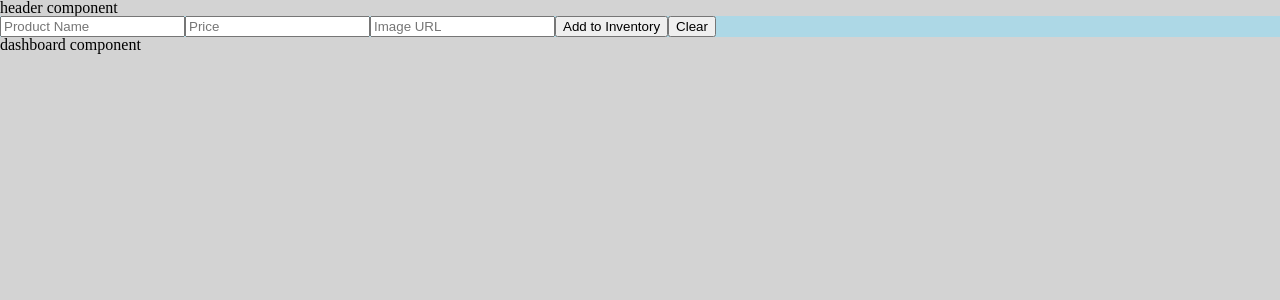
Repository: ooter37/shelfie
Page: /
These files come from the project's save history. The page is drawn as it stood at one moment and after the next save; the edit follows.
The browser window is 1280 px wide. The pictures show the whole page.
The page's requests for data from a server got no answer. The project was rebuilt for these pictures with package versions that can differ from the ones it lists, and the page was loaded fresh each time. No one was signed in, and anything a server would have sent is missing. Also part of the build but not shown: src/Components/Product/Product.js.

Above is the page before, as saved 2020-04-03 17:14:39.

### src/App.js
import React from 'react';
import axios from 'axios';
import './reset.css'
import './App.css';
import Header from './Components/Header/Header'
import Dashboard from './Components/Dashboard/Dashboard'
import Form from './Components/Form/Form'

export default class App extends React.Component {
  constructor() {
    super()
    this.state = {
      inventory: [],
      selected: null
    }
    this.getInventory = this.getInventory.bind(this)
    this.setSelected = this.setSelected.bind(this)
  }

  componentDidMount() {
    this.getInventory()
  }
  getInventory() {
    axios.get('/api/inventory').then(res => {
      this.setState({
        inventory: res.data
      })
      }).catch(err => console.log(err))
  }

  setSelected(edit) {
    this.setState({
      selected: edit
    })
    console.log(this.state.selected)
  }

  render() {
  return (
    <div className="App">
      <Header/>
      <div className='dashboard-and-form'>
        <Form
          getInventory={this.getInventory}
          selected={this.state.selected}
          />
        <Dashboard
        inventory={this.state.inventory}
        getInventory={this.getInventory}
        setSelected={this.setSelected}
        />
      </div>
    </div>
  );
  }
}

### src/App.css
.App {
  height: 100vh;
  width: 100vw;
  background-color: lightgrey;
}

.form-component {
  background-color: lightblue;
}

.product-component {
  background-color: lightgreen;
}

### src/Components/Header/Header.js
import React from 'react'

export default class Header extends React.Component {
    // constructor() {
    //     super()
    // }
    render() {
        return (
            <div>header component</div>
        )
    }
}

### src/Components/Dashboard/Dashboard.js
import React from 'react'
import Product from '../Product/Product'
import axios from 'axios'

export default class Dashboard extends React.Component {
    // eslint-disable-next-line
    constructor(props) {
        super(props)
        this.deleteProduct = this.deleteProduct.bind(this)
    }

deleteProduct(id) {
    axios.delete(`/api/delete/${id}`).then (res => {
        this.props.getInventory()
    })
}

    render() {
        // console.log(this.props.inventory)
        const mappedInventory = this.props.inventory.map(elem => {
            return (
                <div key={elem.id}>
                <Product
                    product={elem.name}
                    price={elem.price}
                    img={elem.img}
                    deleteProduct={this.deleteProduct}
                    id={elem.id}
                    setSelected={this.props.setSelected}
                />
                </div>
            )
        })
        return (
            <div>
                dashboard component
                {mappedInventory}

            </div>
        )
    }
}

### src/Components/Form/Form.js
import React from 'react'
import axios from 'axios'

export default class Form extends React.Component {
    constructor(props) {
        super(props)
        this.state = {
            name: '',
            price: '',
            img: ''
        }
        this.nameChangeHandler = this.nameChangeHandler.bind(this)
        this.priceChangeHandler = this.priceChangeHandler.bind(this)
        this.imgChangeHandler = this.imgChangeHandler.bind(this)
        this.resetButton = this.resetButton.bind(this)
        this.addProduct = this.addProduct.bind(this)
        this.getProduct = this.getProduct.bind(this)
    }

    componentDidUpdate(oldProps, oldState) {
        if (oldProps !== this.props) {
            this.getProduct(this.props.selected)
        }
    }

    getProduct(id) {
        axios.get(`/api/current/${id}`).then (res => {
            console.log(res.data)
            console.log(res.data[0].name)
            this.setState({
                name: res.data[0].name,
                price: res.data[0].price,
                img: res.data[0].img
            })
        })
    }
    updateProduct(id) {
        axios.put(`/api/update/${id}`, {
            name: this.state.name,
            price: this.state.price,
            image: this.state.img
        }).then (res => {
            this.props.getInventory()
        })
    }
    addProduct() {
        axios.post('/api/product', {
            name: this.state.name,
            price: this.state.price,
            image: this.state.img
        }).then(res => {
            this.props.getInventory()
            this.resetButton()
        })
    }

    nameChangeHandler(e) {
        this.setState({
            name: e.target.value
        })
    }
    priceChangeHandler(e) {
        this.setState({
            price: e.target.value
        })
    }
    imgChangeHandler(e) {
        this.setState({
            img: e.target.value
        })
    }
    resetButton() {
        this.setState({
            name: '',
            price: 0,
            img: ''
        })
    }

    render() {
        return (
            <div className='form-component'>
                <input
                    name='productName'
                    value={this.state.name}
                    onChange={e => this.nameChangeHandler(e)}
                    placeholder='Product Name'
                    ></input>
                <input
                    name='producePrice'
                    value={this.state.price}
                    onChange={e => this.priceChangeHandler(e)}
                    placeholder='Price'
                ></input>
                <input
                    name='productImage'
                    value={this.state.img}
                    onChange={e => this.imgChangeHandler(e)}
                    placeholder='Image URL'
                ></input>
                <button
                    onClick={this.addProduct}
                >Add to Inventory</button>

                <button
                    onClick={this.resetButton}
                >Clear</button>
            </div>
        )
    }
}

Loaded but not shown: public/index.html (common file); src/index.js (common file); src/index.css (common file); src/serviceWorker.js (common file); src/reset.css (common file)

After the next save:
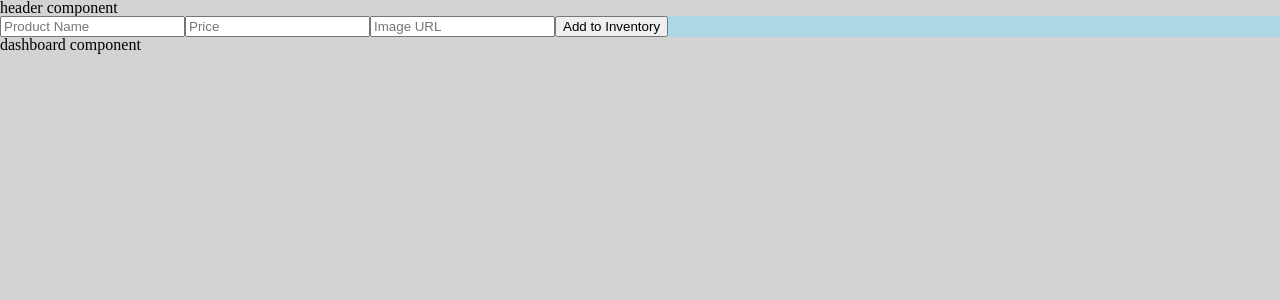
Saved 13 s later.
--- a/src/Components/Form/Form.js
+++ b/src/Components/Form/Form.js
@@ -102,7 +102,7 @@ export default class Form extends React.Component {
                     onClick={this.addProduct}
                 >Add to Inventory</button>
 
-                <button
+                <button hidden='true'
                     onClick={this.resetButton}
                 >Clear</button>
             </div>
